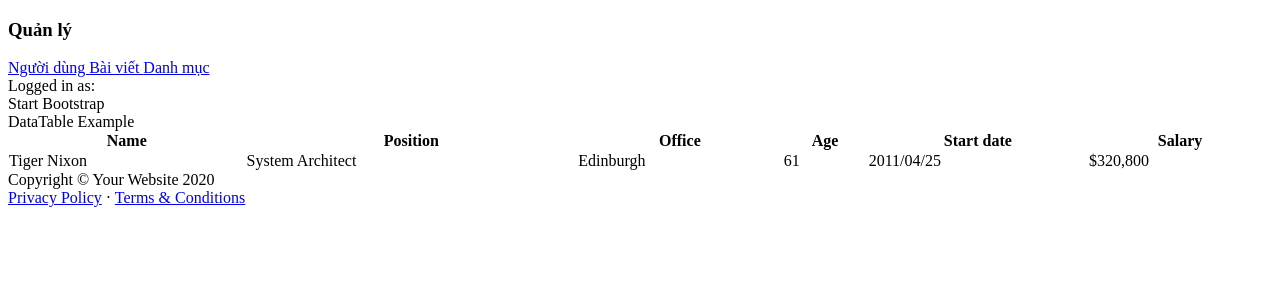
Repository: tampkqn123/springmvc-news
Page: http://localhost/web-news-springmvc/WEB-INF/views/admin/home.jsp
These files come from the project's save history. The page is drawn as it stood at one moment and after the next save; the edit follows.
The browser window is 1280 px wide. The pictures show the whole page.
The page is served by Tomcat 9. Nobody is signed in. Other server files are loaded and not shown. The template is opened directly, without the code that normally fills it, so the values that code supplies are empty.

Above is the page before, as saved 2020-09-10 13:00:08.

### web-news-springmvc/src/main/webapp/WEB-INF/views/admin/home.jsp
<%@ page language="java" contentType="text/html; charset=UTF-8"
	pageEncoding="UTF-8"%>
<!DOCTYPE html>
<html>
<head>
<meta charset="UTF-8">
<title>ADMIN HOME</title>
</head>
<body>
	<div id="layoutSidenav">
		<div id="layoutSidenav_nav">
			<nav class="sb-sidenav accordion sb-sidenav-dark"
				id="sidenavAccordion">
				<div class="sb-sidenav-menu">
					<div class="nav">
						<h3><div class="sb-sidenav-menu-heading">Quản lý</div></h3>
						<a class="nav-link collapsed" href="#">
							Người dùng
						</a>
						<a class="nav-link collapsed" href="<c:url value='/quan-tri/bai-viet/danh-sach?page=1&limit=5'/>">
							Bài viết
						</a>
						<a class="nav-link collapsed" href="#">
							Danh mục
						</a>

					</div>

				</div>
				<div class="sb-sidenav-footer">
					<div class="small">Logged in as:</div>
					Start Bootstrap
				</div>
			</nav>
		</div>
		<div id="layoutSidenav_content">
			<main>
				<form action="<c:url value='/quan-tri/bai-viet/danh-sach'/>" id="formSubmit" method="get">
				<div class="container-fluid">
					<div class="card mb-4">
						<div class="card-header">
							<i class="fas fa-table mr-1"></i> DataTable Example
						</div>
						<div class="card-body">
							<div class="table-responsive">
								<table class="table table-bordered" id="dataTable" width="100%"
									cellspacing="0">

									<tr>
										<th>Name</th>
										<th>Position</th>
										<th>Office</th>
										<th>Age</th>
										<th>Start date</th>
										<th>Salary</th>
									</tr>



									<tr>
										<td>Tiger Nixon</td>
										<td>System Architect</td>
										<td>Edinburgh</td>
										<td>61</td>
										<td>2011/04/25</td>
										<td>$320,800</td>
									</tr>


								</table>
							</div>
						</div>
					</div>
				</div>
				</form>
			</main>
			<footer class="py-4 bg-light mt-auto">
				<div class="container-fluid">
					<div
						class="d-flex align-items-center justify-content-between small">
						<div class="text-muted">Copyright &copy; Your Website 2020</div>
						<div>
							<a href="#">Privacy Policy</a> &middot; <a href="#">Terms
								&amp; Conditions</a>
						</div>
					</div>
				</div>
			</footer>

		</div>
	</div>
</body>
</html>

After the next save:
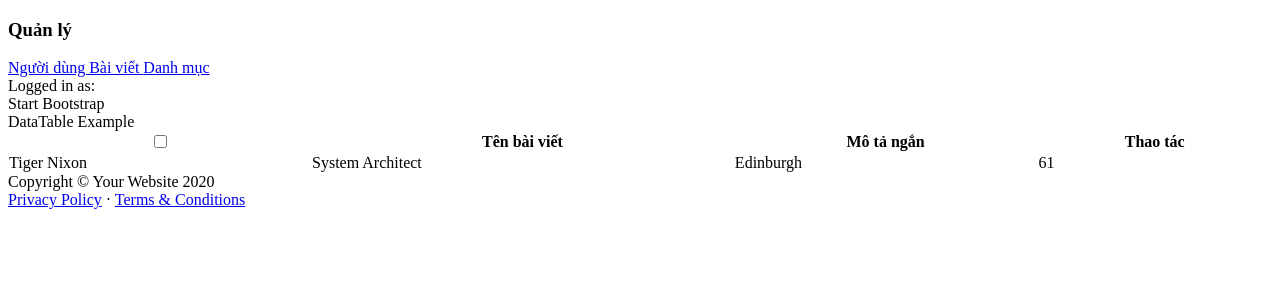
Saved 2 min 23 s later.
--- a/web-news-springmvc/src/main/webapp/WEB-INF/views/admin/home.jsp
+++ b/web-news-springmvc/src/main/webapp/WEB-INF/views/admin/home.jsp
@@ -45,16 +45,14 @@
 							<div class="table-responsive">
 								<table class="table table-bordered" id="dataTable" width="100%"
 									cellspacing="0">
-
+									<thead>
 									<tr>
-										<th>Name</th>
-										<th>Position</th>
-										<th>Office</th>
-										<th>Age</th>
-										<th>Start date</th>
-										<th>Salary</th>
+										<th><input type="checkbox" id="checkAll"></th>
+										<th>Tên bài viết</th>
+										<th>Mô tả ngắn</th>
+										<th>Thao tác</th>
 									</tr>
-
+									</thead>
 
 
 									<tr>
@@ -62,8 +60,6 @@
 										<td>System Architect</td>
 										<td>Edinburgh</td>
 										<td>61</td>
-										<td>2011/04/25</td>
-										<td>$320,800</td>
 									</tr>
 
 
